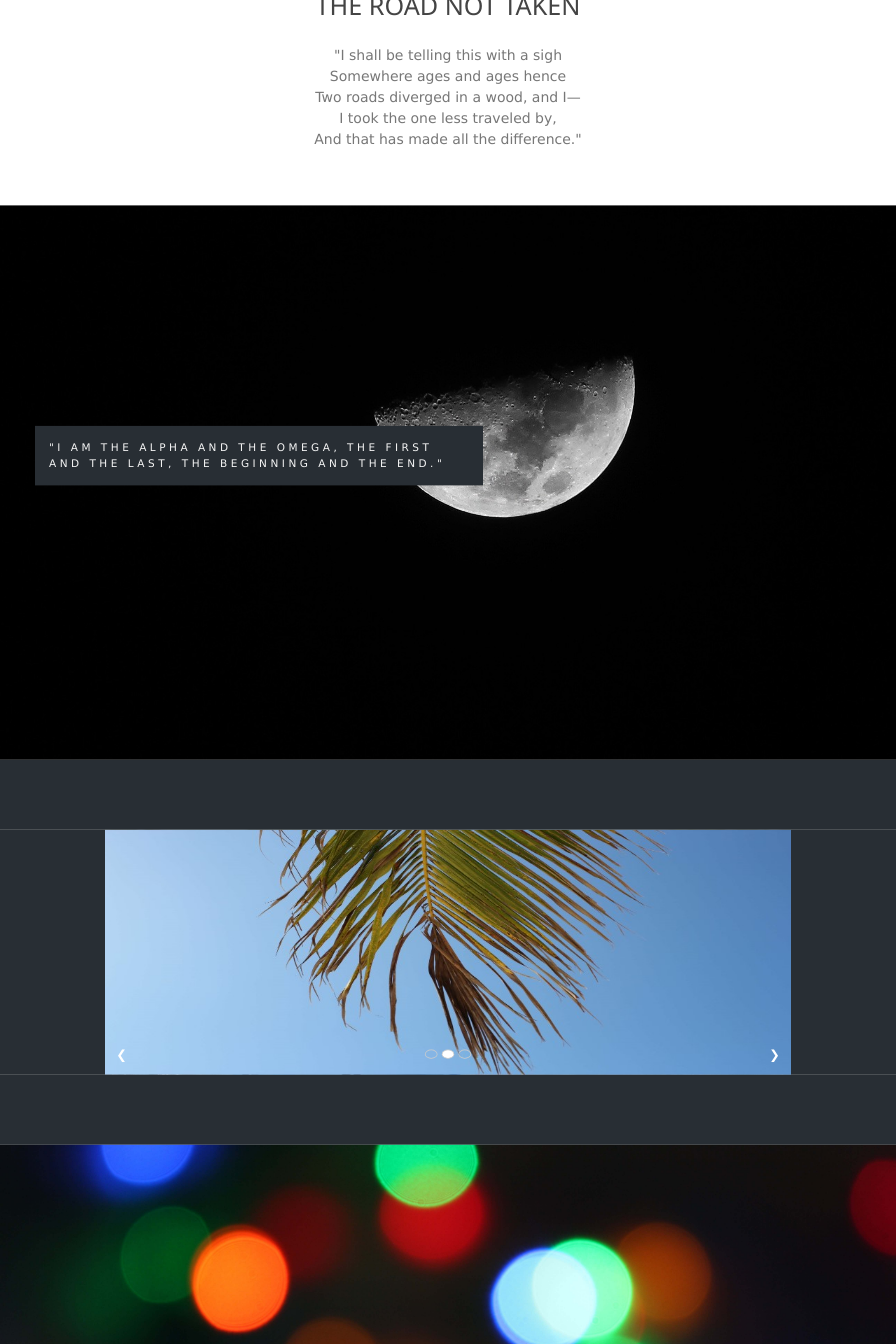
Repository: Jasondhillon/jasondhillon.github.io
Page: index.html
The author's editor kept a copy of each file at every save. The page is drawn from the files as they stood at one save, then again after the next save.
The browser window is 1280 px wide. The pictures show the part of the page from y = 888 to 2808 px (the page is 3586 px tall before and 3766 px after), at 70% of full size.
Backgrounds fixed to the window are drawn as part of the page.

Above is the page before, as saved 2020-04-07 17:09:55.

After the next save:
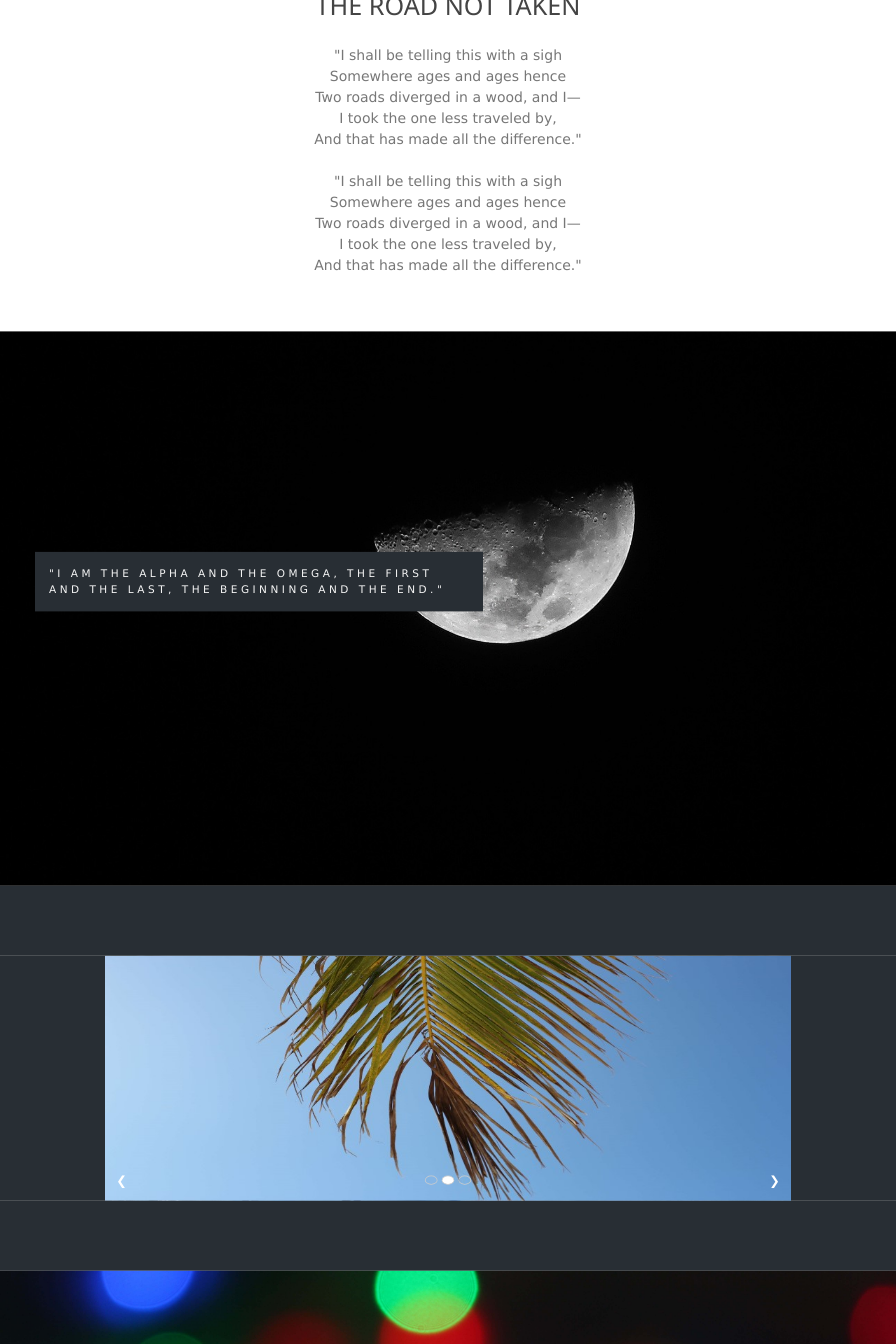
Saved 3 min 21 s later.
--- a/index.html
+++ b/index.html
@@ -206,6 +206,14 @@
       Two roads diverged in a wood, and I—
       I took the one less traveled by,
       And that has made all the difference."</p>
+
+      <p id="quote" style="text-align: center; width:40%; white-space:pre-line; margin: 0 auto; font-size: 20px; color: #777">
+        "I shall be telling this with a sigh
+        Somewhere ages and ages hence
+        Two roads diverged in a wood, and I—
+        I took the one less traveled by,
+        And that has made all the difference."</p>
+
   </div>
 
 <!-- Parallax/Moon -->
